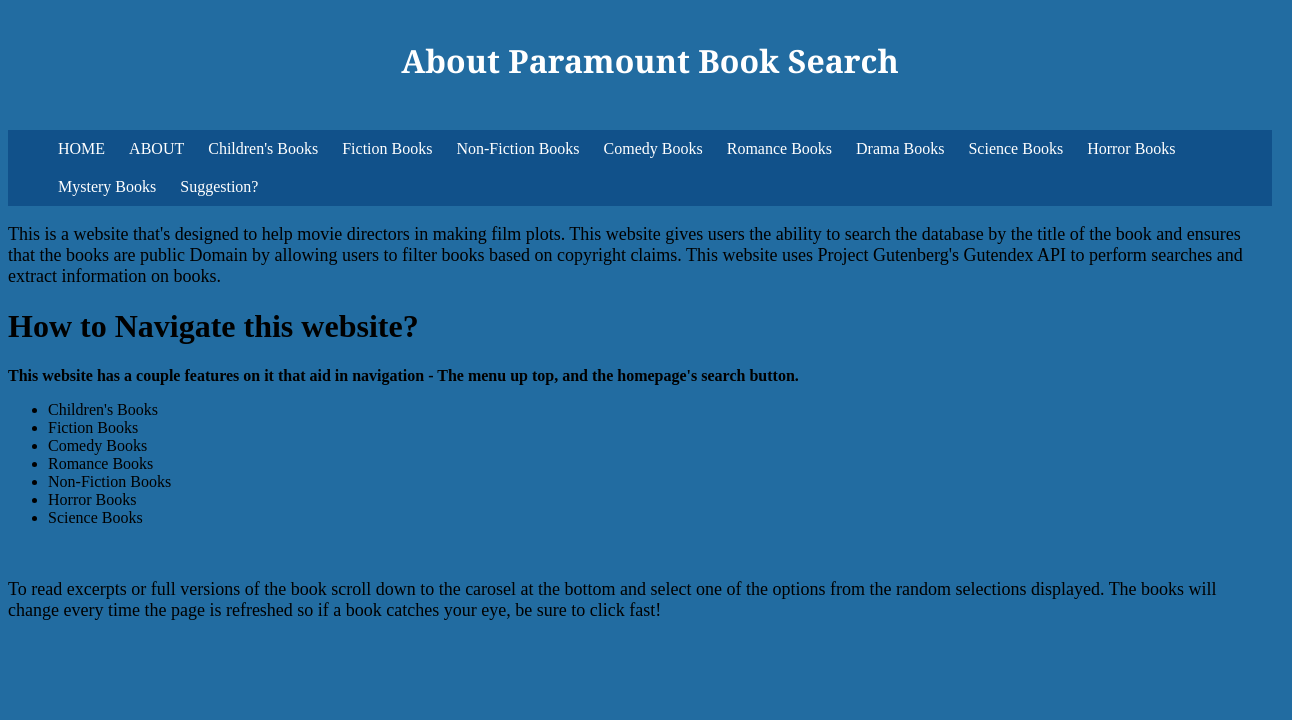
Repository: ChiaEE/INST377---Group-13
Page: About_page.html
An editor plug-in stored every save of this project. The page is shown before and after the next save, followed by the edit.
The browser window is 1280 px wide. The page is 1292 px wide, so the pictures cover 1292 px, including what lies to the right of the window. The pictures show the whole page.

Above is the page before, as saved 2024-05-19 22:11:28.

After the next save:
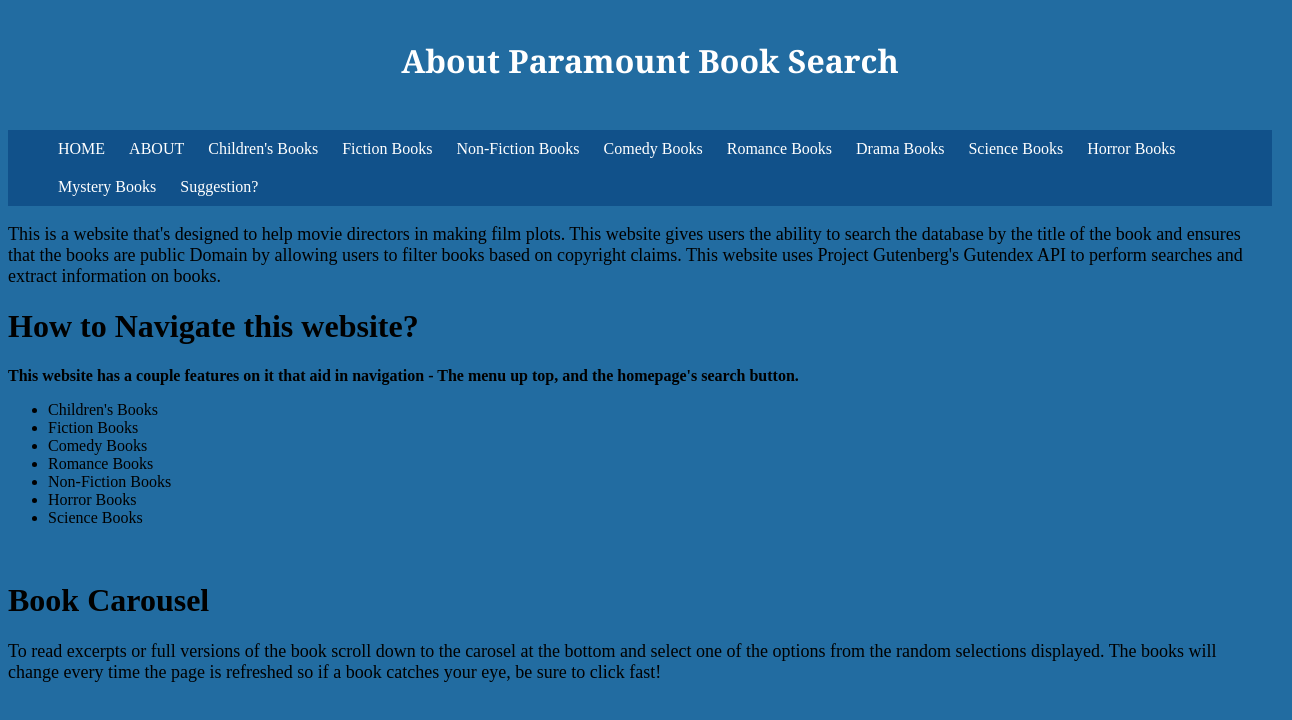
Saved 41 s later.
--- a/About_page.html
+++ b/About_page.html
@@ -50,6 +50,8 @@
 
         <br>
 
+        <h1> Book Carousel </h1>
+
         <p style="font-size:large;"> To read excerpts or full versions of the book scroll
             down to the carosel at the bottom and select one of the options from the random
             selections displayed. The books will change every time the page is refreshed
